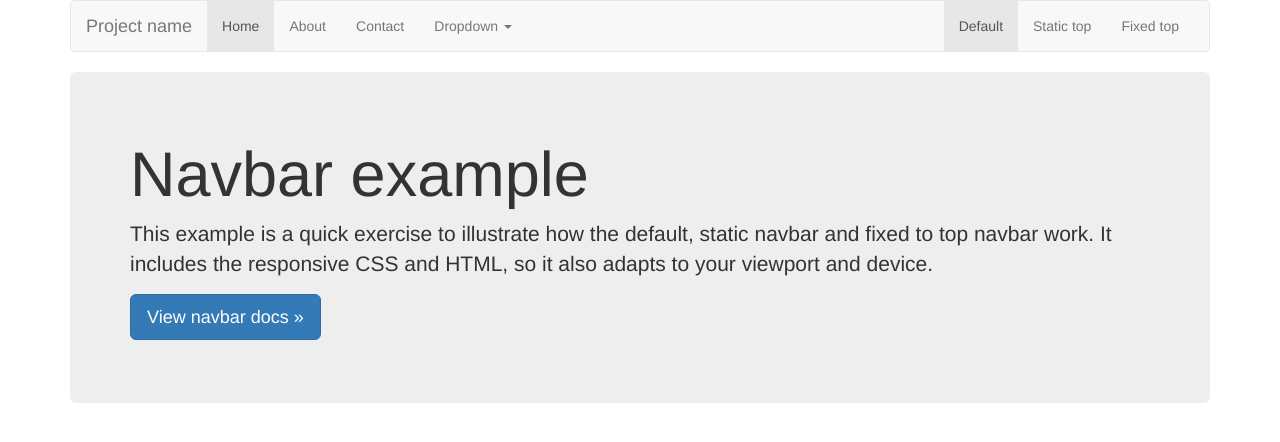
Repository: stefanyco/biblioteca
Page: http://localhost/Biblioteca/home.jsp
An editor plug-in stored every save of this project. The page is shown before and after the next save, followed by the edit.
The browser window is 1280 px wide. The pictures show the whole page.
The page is served by Tomcat 9.

Above is the page before, as saved 2016-11-06 22:25:06.

After the next save:
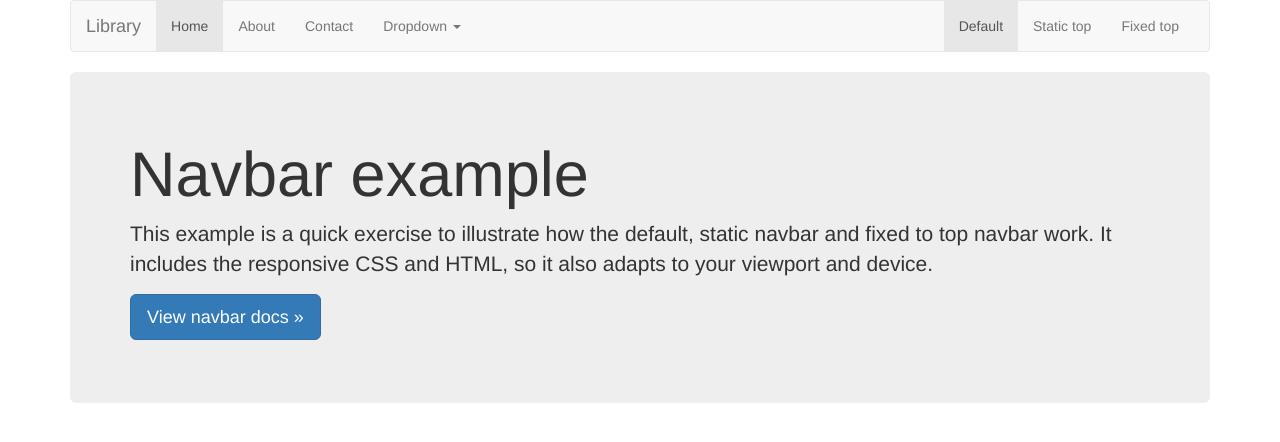
Saved 82 s later.
--- a/Sistema Biblioteca/Biblioteca/WebContent/home.jsp
+++ b/Sistema Biblioteca/Biblioteca/WebContent/home.jsp
@@ -22,7 +22,7 @@
 						class="icon-bar"></span> <span class="icon-bar"></span> <span
 						class="icon-bar"></span>
 				</button>
-				<a class="navbar-brand" href="#">Project name</a>
+				<a class="navbar-brand" href="#">Library</a>
 			</div>
 			<div id="navbar" class="navbar-collapse collapse">
 				<ul class="nav navbar-nav">
